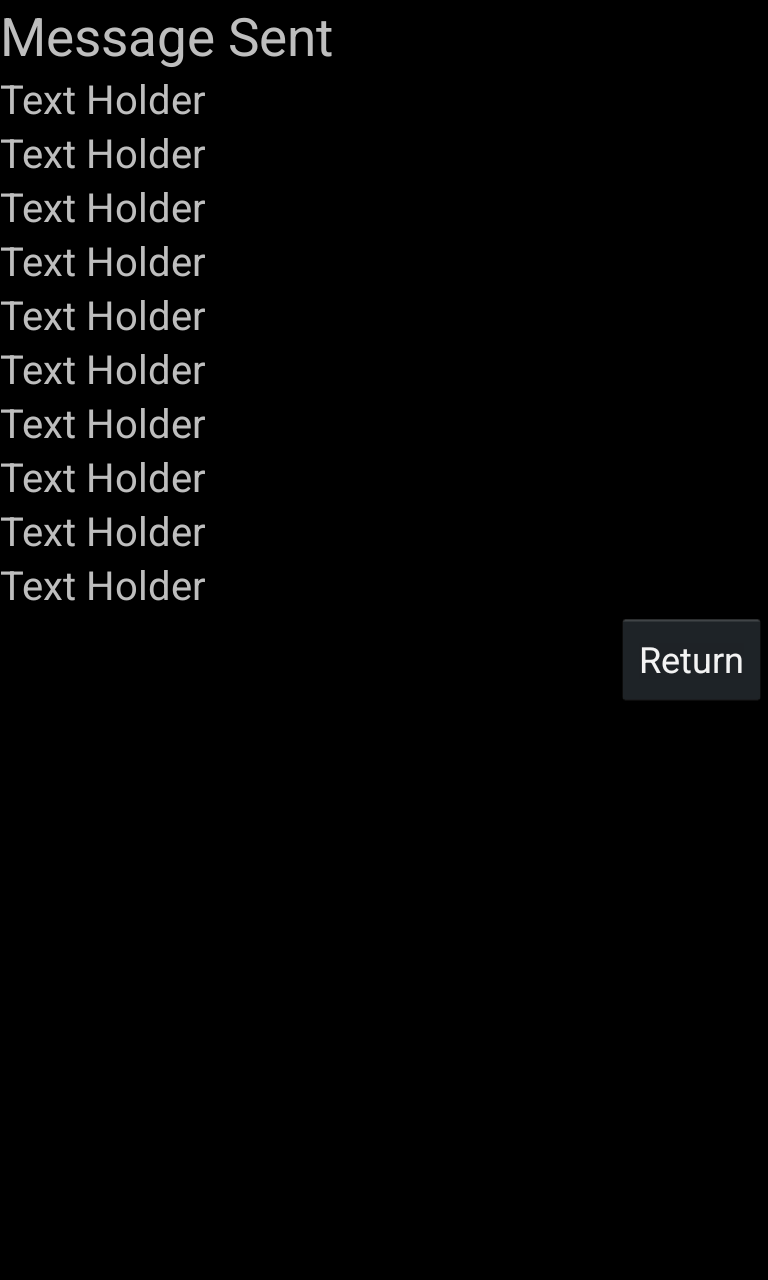
Repository: tomcynicholls/ThirdYearProject
Layout: JavaCode/App/res/layout/activity_display_message.xml
An editor plug-in stored every save of this project. The layout is shown before and after the next save, followed by the edit.
It is drawn on a 768 x 1280 px phone screen (xhdpi) without system bars, with theme android:Theme.Holo; the app's code is not run.

Above is the layout before, as saved 2013-03-06 18:27:44.

After the next save:
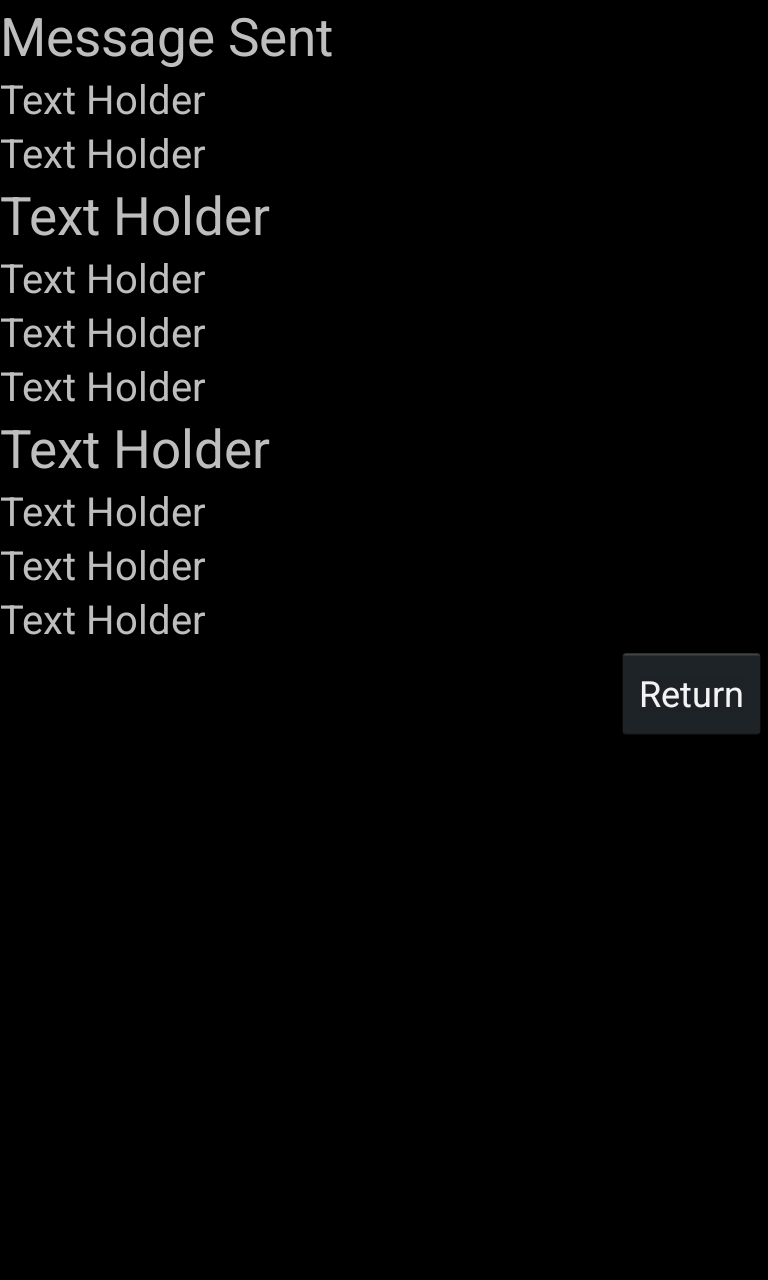
Saved 3 min 56 s later.
--- a/JavaCode/App/res/layout/activity_display_message.xml
+++ b/JavaCode/App/res/layout/activity_display_message.xml
@@ -32,7 +32,7 @@
     <TextView android:id="@+id/rsa"
         android:layout_width="wrap_content"
         android:layout_height="wrap_content"
-        android:textSize="20sp"
+        android:textSize="12pt"
         android:text="@string/holder"/>
 
      <TextView android:id="@+id/rsa_gen"
@@ -56,7 +56,7 @@
       <TextView android:id="@+id/aes"
         android:layout_width="wrap_content"
         android:layout_height="wrap_content"
-        android:textSize="20sp"
+        android:textSize="12pt"
         android:text="@string/holder"/>
 
      <TextView android:id="@+id/aes_gen"
